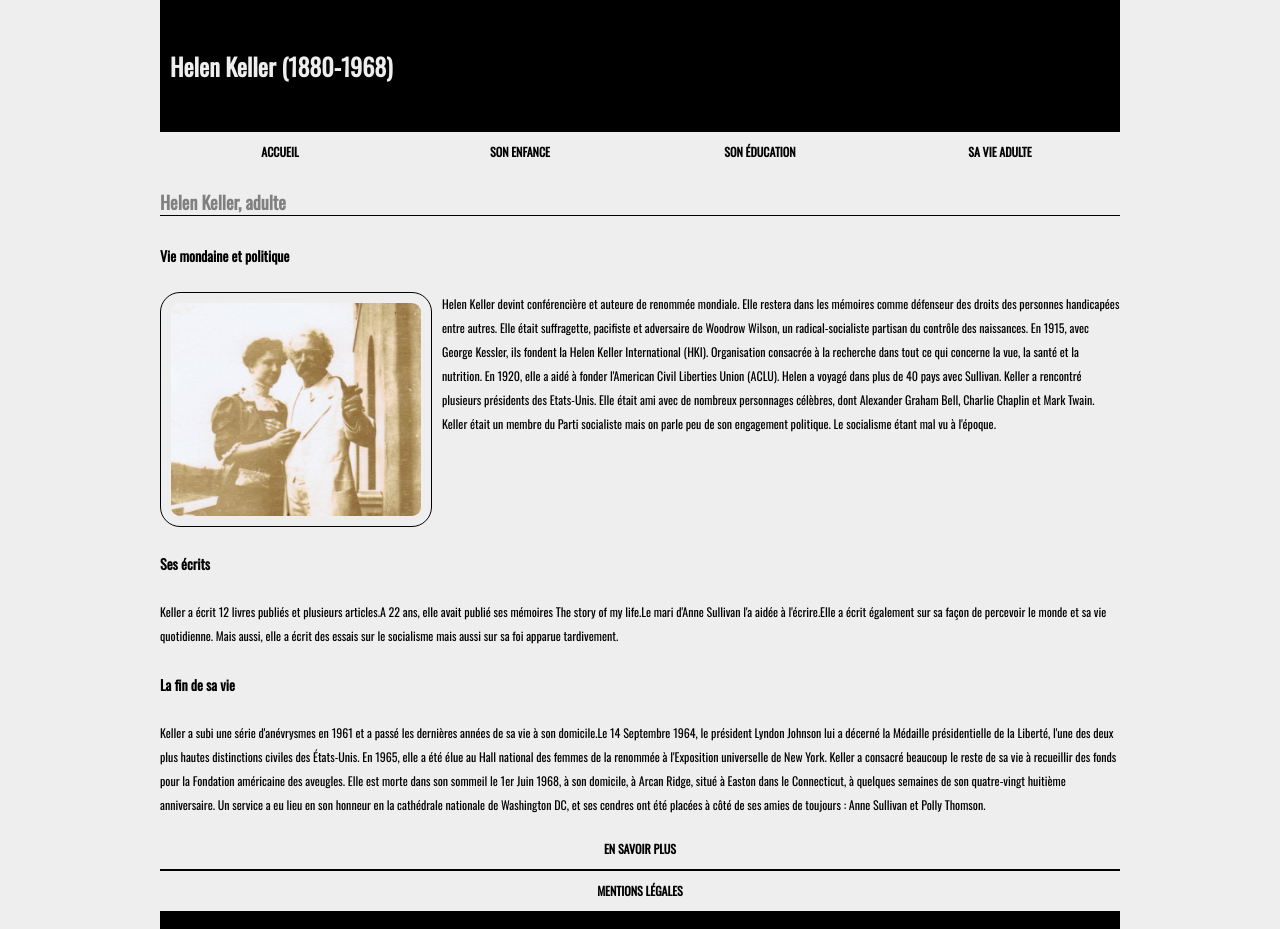
Repository: Luc010/Exercices
Page: HTML CSS/biographie_helen_keller/adulte.html
An editor plug-in stored every save of this project. The page is shown before and after the next save, followed by the edit.
The browser window is 1280 px wide. The pictures show the whole page.

Above is the page before, as saved 2019-09-04 16:41:19.

### HTML CSS/biographie_helen_keller/adulte.html
<!DOCTYPE html>
<html lang="fr">
<head>
    <title>Biographie Helen Keller - Sa vie adulte</title>
    <meta charset="UTF-8">
    <meta name="viewport" content="width=device-width, initial-scale=1.0">
    <meta http-equiv="X-UA-Compatible" content="ie=edge">
    <link href="style.css" rel="stylesheet">
</head>
<body>
    <header>
        <div class="container">
            <h1>Helen Keller (1880-1968)</h1>
        </div>
    </header>
    <nav>
        <ul>
            <li><a href="index.html">Accueil</a></li>
            <li><a href="enfance.html">Son enfance</a></li>
            <li><a href="education.html">Son éducation</a></li>
            <li><a href="adulte.html">Sa vie adulte</a></li>
        </ul>
    </nav>
    <main>
        <div class="container">
            <h2>Helen Keller, adulte</h2>
            <h3>Vie mondaine et politique</h3>
            <p><img align="left" src="img/hk7.jpg" alt="helene keller et george kessler"
                    style="width: 250px;margin-right:10px;">
                Helen Keller devint
                conférencière et
                auteure de renommée mondiale.
                Elle restera dans les mémoires comme défenseur des droits des personnes handicapées entre autres.
                Elle était suffragette, pacifiste et adversaire de Woodrow Wilson, un radical-socialiste partisan du
                contrôle
                des naissances.
                En 1915, avec George Kessler, ils fondent la Helen Keller International (HKI).
                Organisation consacrée à la recherche dans tout ce qui concerne la vue, la santé et la nutrition.
                En 1920, elle a aidé à fonder l'American Civil Liberties Union (ACLU). Helen a voyagé dans plus de 40
                pays avec
                Sullivan.
                Keller a rencontré plusieurs présidents des Etats-Unis.
                Elle était ami avec de nombreux personnages célèbres, dont Alexander Graham Bell, Charlie Chaplin et
                Mark Twain.
                Keller était un membre du Parti socialiste mais on parle peu de son engagement politique. Le socialisme
                étant
                mal vu à l'époque.
            </p>
            <h3>Ses écrits</h3>
            <p>
                Keller a écrit 12 livres publiés et plusieurs articles.A 22 ans, elle avait publié ses mémoires The
                story of my
                life.Le mari d'Anne Sullivan l'a aidée à l'écrire.Elle a écrit également sur sa façon de percevoir le
                monde et
                sa vie quotidienne. Mais aussi, elle a écrit des essais sur le socialisme mais aussi sur sa foi apparue
                tardivement.
            </p>
            <h3>La fin de sa vie</h3>
            <p>Keller a subi une série d'anévrysmes en 1961 et a passé les dernières années de sa vie à son domicile.Le
                14
                Septembre 1964, le président Lyndon Johnson lui a décerné la Médaille présidentielle de la Liberté,
                l'une des
                deux plus hautes distinctions civiles des États-Unis.
                En 1965, elle a été élue au Hall national des femmes de la renommée à l'Exposition universelle de New
                York.
                Keller a consacré beaucoup le reste de sa vie à recueillir des fonds pour la Fondation américaine des
                aveugles.
                Elle est morte dans son sommeil le 1er Juin 1968, à son domicile, à Arcan Ridge, situé à Easton dans le
                Connecticut, à quelques semaines de son quatre-vingt huitième anniversaire.
                Un service a eu lieu en son honneur en la cathédrale nationale de Washington DC, et ses cendres ont été
                placées
                à côté de ses amies de toujours : Anne Sullivan et Polly Thomson.
            </p>
        </div>
    </main>
    <footer>
        <div class="container">
            <li><a href="savoirplus.html">En savoir plus</a></li>
            <li><a href="mentions.html">Mentions légales</a></li>
        </div>
    </footer>
</body>
</html>

### HTML CSS/biographie_helen_keller/style.css
@import url('https://fonts.googleapis.com/css?family=Oswald&display=swap');
body{
    margin: 0;
    padding: 0;
    background-color: #eee;
    font-size: 12px;
    font-family: 'Oswald',corbel,calibri,sans-serif;
}
header, footer{
    background-color: black;
    width: 960px;
    min-height: 100px;
    line-height: 100px;
    margin-left: auto;
    margin-right: auto;
}
h1{
    color: #eee;
    text-indent: 10px;
}
h2{
    color: grey;
    border-bottom: 1px solid black;
}
p{
    /* Pourcentage plus simple à gérer, interligne (utilité: bcp de text) */
    line-height:200%;
}
img{
    border: 1px solid black;
    border-radius: 20px;
    padding: 10px;
}
.container {
    display: flex;
    flex-direction: column;
    width: 960px;
    margin-left: auto;
    margin-right: auto;
}
nav {
    min-height: 40px;
    position: sticky;
    top: 0;
    width: 960px;
    margin-left: auto;
    margin-right: auto;
}
ul, li {
    margin: 0;
    padding: 0;
    list-style: none;
}
ul {
    display: flex;
}
li {
    width: 100%;
    margin-bottom: 2px;
    height: 40px;
    font-weight: bold;
    text-transform: uppercase;
}
a {
    color: black;
    text-decoration: none;
    display: block;
    height: 40px;
    line-height: 40px;
    text-align: center;
    background-color: #eee;
}
a:hover {
    color: white;
    background-color: black;
}
.m-foot{
    margin-top: 20px;
}
.m-foot > a{
    background-color: black;
}

After the next save:
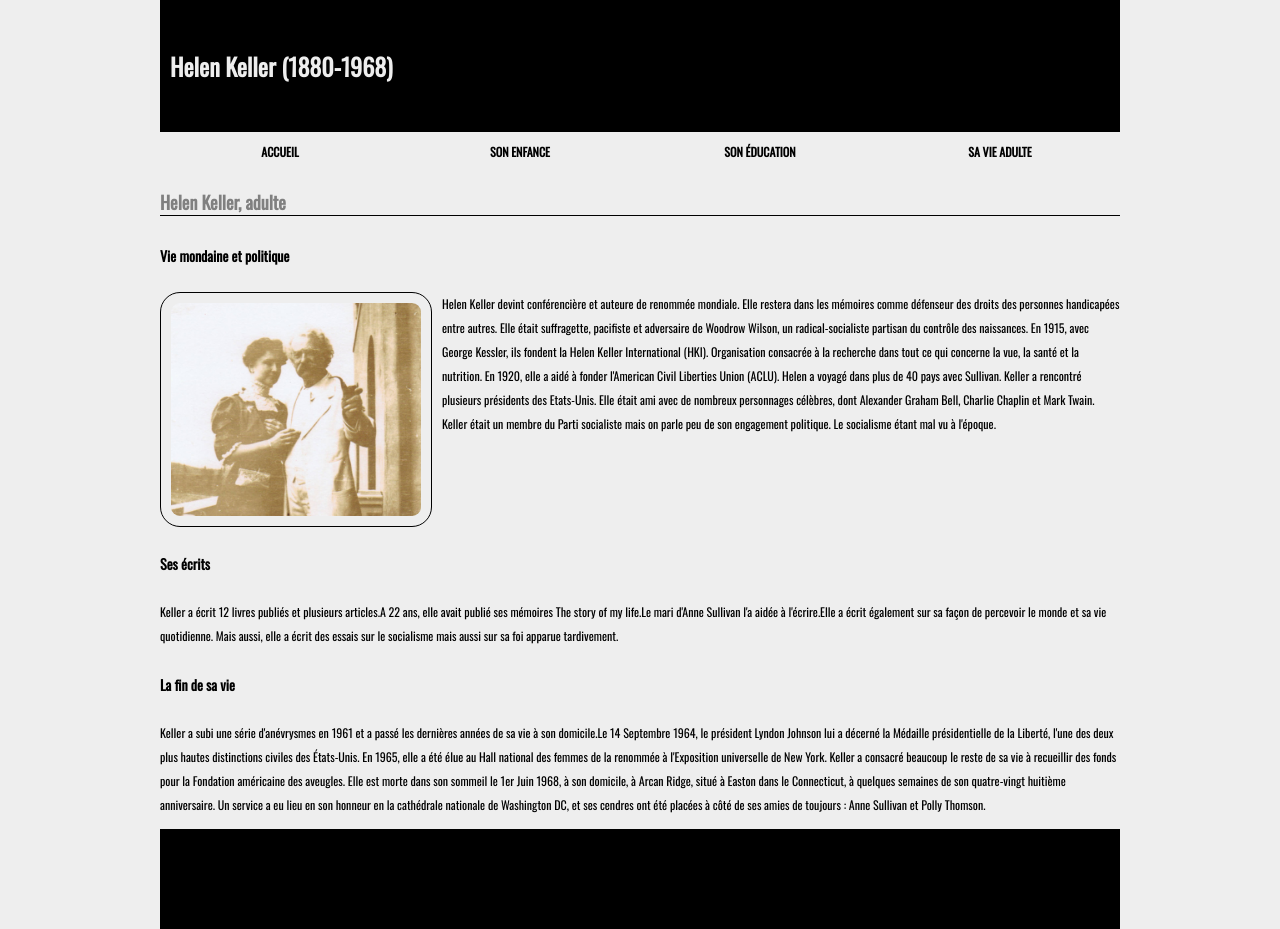
Saved 3 s later.
--- a/HTML CSS/biographie_helen_keller/adulte.html
+++ b/HTML CSS/biographie_helen_keller/adulte.html
@@ -74,10 +74,13 @@
         </div>
     </main>
     <footer>
-        <div class="container">
-            <li><a href="savoirplus.html">En savoir plus</a></li>
-            <li><a href="mentions.html">Mentions légales</a></li>
-        </div>
-    </footer>
+            <div class="container">
+                <!-- ul>li*5>a{lien$} -->
+                <ul>
+                    <li class="m-foot"><a href="savoirplus.html">En savoir plus</a></li>
+                    <li class="m-foot"><a href="mentions.html">Mentions légales</a></li>
+                </ul>
+            </div>
+        </footer>
 </body>
 </html>
